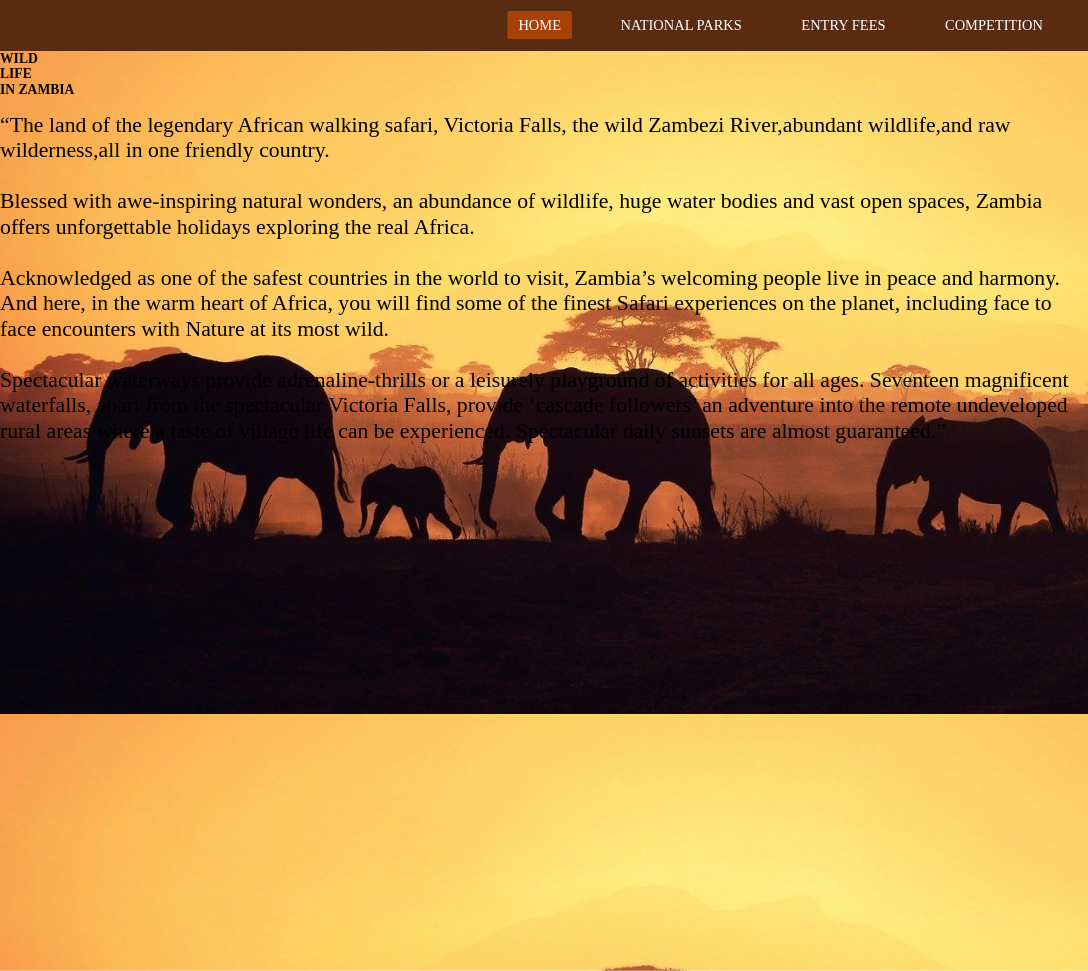
Repository: Lungdjos/web_assignment_3rd_yr
Page: home/index.html
An editor plug-in stored every save of this project. The page is shown before and after the next save, followed by the edit.
The browser window is 1280 px wide. The pictures show the whole page, at 85% of full size.
Some web libraries are served in a nearby version.

Above is the page before, as saved 2021-06-18 15:16:47.

### home/index.html
<!DOCTYPE html>
<html lang="en">

<head>
    <meta charset="UTF-8">
    <meta http-equiv="X-UA-Compatible" content="IE=edge">
    <meta name="viewport" content="width=device-width, initial-scale=1.0">
    <link rel="stylesheet" href="index.css">


    <title>Home</title>
    <script src="https://kit.fontawesome.com/a076d05399.js"></script>
</head>

<body>
    <nav>
        <input type="checkbox" id="check">
        <label for="check" class="checkbtn">
            <i class="fas fa-bars"></i>
        </label>
        <label class="logo">  </label>

        <ul>
            <li><a class="active" href="#">Home</a></li>
            <li><a class="dropdown" href="#">National Parks</a>
                <ul class="drop">
                    <li>
                        <a href="/national parks/lower_zambezi/Lower_Zambezi.html">Lower Zambezi</a>
                    </li>
                    <li>
                        <a href="/national parks/mosi-oa-tunia/Mosi-oa-Tunya.html">Mosi oa Tunia</a>
                    </li>
                    <li>
                        <a href="/national parks/south_luangwa/South_Luangwa.html">South Luangwa</a>
                    </li>
                    <li>
                        <a href="/national parks/north_luangwa/North_Luangwa.html">North Luangwa</a>
                    </li>
                </ul>
            </li>
            <li><a href="/entry fee/entry_fee.html">Entry Fees</a></li>
            <li><a href="/competition/competition.html">Competition</a></li>

        </ul>
    </nav>
    <div>
        <section>
            <div>
                <p class="welcome">
                    <strong id="01">WILD</strong><br>
                    <strong id="02">LIFE</strong><br>
                    <strong id="03">IN ZAMBIA</strong>
                </p>
            </div>
            <br>
            <div>
                <p class="para2">
                    <q>The land of the legendary African walking safari, Victoria Falls, the wild Zambezi River,abundant wildlife,and raw wilderness,all in one friendly country. <br><br>Blessed with awe-inspiring natural wonders, an abundance of wildlife,
                    huge water bodies and vast open spaces, Zambia offers unforgettable holidays exploring the real Africa. <br><br>Acknowledged as one of the safest countries in the world to visit, Zambia’s welcoming people live in peace and harmony. And here,
                    in the warm heart of Africa, you will find some of the finest Safari experiences on the planet, including face to face encounters with Nature at its most wild.<br> <br>Spectacular waterways provide adrenaline-thrills or a leisurely playground
                    of activities for all ages. Seventeen magnificent waterfalls, apart from the spectacular Victoria Falls, provide ‘cascade followers’ an adventure into the remote undeveloped rural areas where a taste of village life can be experienced.
                    Spectacular daily sunsets are almost guaranteed.</q></p>
            </div>

        </section>
    </div>


</body>

</html>

### home/index.css
    * {
        padding: 0;
        margin: 0;
        text-decoration: none;
        box-sizing: border-box;
    }

    body {
        font-family: montserrat;
    }

    nav {
        background: #592C12;
        height: 60px;
        width: 100%;
    }

    label.logo {
        color: white;
        font-size: 35;
        line-height: 60px;
        padding: 0 100px;
        font-weight: bold;
    }

    nav ul {
        float: right;
        margin-right: 20px;
    }

    nav ul li {
        display: inline-block;
        line-height: 60px;
        margin: 0 20px;
    }

    nav ul li a {
        color: white;
        font-size: 17px;
        padding: 7px 13px;
        border-radius: 3px;
        text-transform: uppercase;
    }

    a.active,
    a:hover {
        background: #A64208;
        transition: 0.5s;
    }

    .checkbtn {
        font-size: 30px;
        color: white;
        float: right;
        line-height: 60px;
        margin-right: 40px;
        cursor: pointer;
        display: none;
    }

    #check {
        display: none;
    }

    @media (max-width: 1080px) {
        label.logo {
            font-size: 30px;
            padding-left: 50px;
        }
        nav ul li a {
            font-size: 16px;
        }
    }

    @media (max-width: 1080px) {
        .checkbtn {
            display: block;
        }
        ul {
            position: fixed;
            width: 100%;
            height: 100vh;
            background: #592C12;
            top: 80px;
            left: -100%;
            text-align: center;
            transition: all 0.5s;
        }
        nav ul li {
            display: block;
            margin: 50px 0;
            line-height: 20px;
        }
        nav ul li a {
            font-size: 20px;
            font-family: Arial, Helvetica, sans-serif;
        }
        a:hover,
        a.active {
            background: none;
            color: #F2D1B3;
        }
        #check:checked~ul {
            left: 0;
        }
    }

    section {
        background: url(/assets/images/elephants.jpg);
        background-size: no repeat;
        height: calc(160vh - 70px);
    }
    /**New Content Added*/

    nav ul li ul a {
        display: block;
        padding: 0 15px;
        color: white;
        text-decoration: none;
    }

    nav ul li:hover>ul {
        display: block;
    }

    nav ul ul {
        position: absolute;
        top: 30px;
        list-style-type: none;
        line-height: 60px;
    }

    nav ul ul li {
        display: none;
    }

    nav ul ul a {
        width: 100%;
        float: none;
        display: list-item;
        position: relative;
    }

    nav ul ul li a {
        display: list-item;
        list-style-type: none;
        position: inherit;
    }
    /**Wild Life Formatting*/

    strong#01 {
        font-size: 100px;
        font-family: Arial, Helvetica, sans-serif;
    }

    strong#02 {
        margin-left: 100px;
    }

    .para2 {
        font-variant-position: initial;
        font-size: 1.6em;
        color: black;
    }

After the next save:
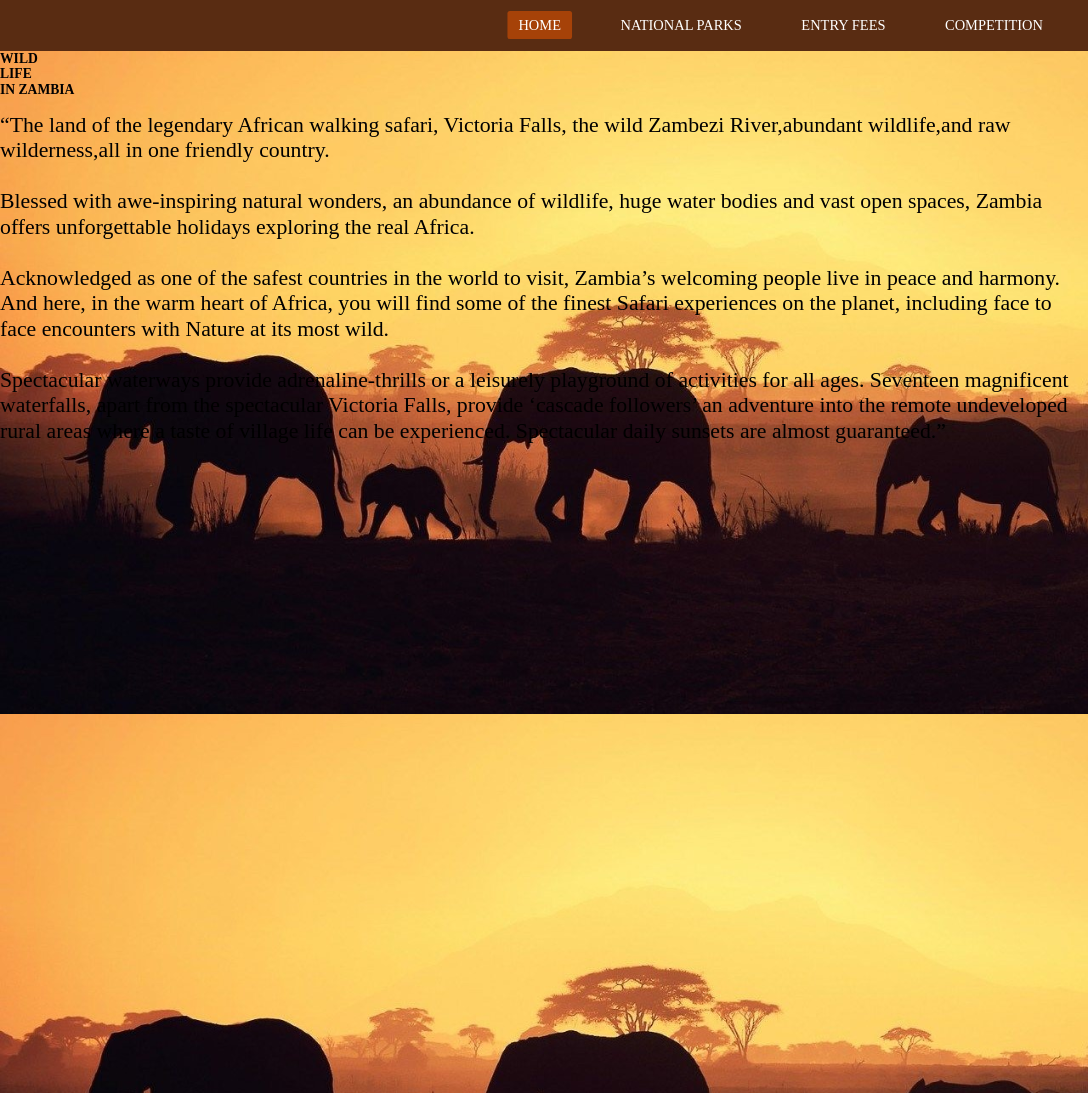
Saved 13 s later.
--- a/home/index.css
+++ b/home/index.css
@@ -108,7 +108,7 @@
     section {
         background: url(/assets/images/elephants.jpg);
         background-size: no repeat;
-        height: calc(160vh - 70px);
+        height: calc(180vh - 70px);
     }
     /**New Content Added*/
 
